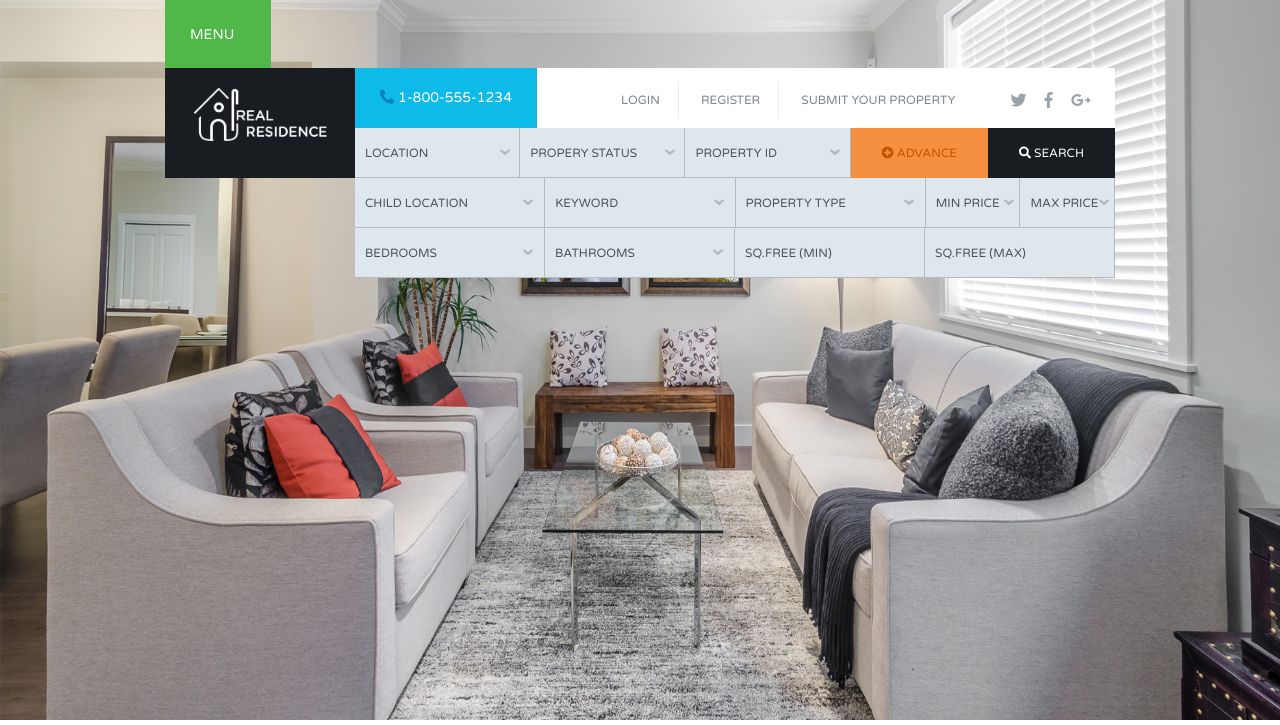
Repository: shuffleaz/psd-htmlcss
Page: index.html
An editor plug-in stored every save of this project. The page is shown before and after the next save, followed by the edit.
The browser window is 1280 px wide. The pictures show the whole page.

Above is the page before, as saved 2019-02-26 18:42:56.

### index.html
<!DOCTYPE html>
<html lang="en">
<head>
    <meta charset="UTF-8">
    <meta name="viewport" content="width=device-width, initial-scale=1.0">
    <meta http-equiv="X-UA-Compatible" content="ie=edge">
    <title>Real Residence</title>
    <link rel="stylesheet" href="assets/css/default.css">
</head>
<body>

<header class="homepage">
    <div class="container">
        <div class="row">
            <div class="homepage-menu">
                <div class="homepage-menu-menubutton">
                    <a href="">MENU</a>
                </div>
                <div class="homepage-menu-hover">
                    <ul class="homepage-menu-hover-list">
                        <li><a href="#">HOME</a></li>
                        <li><a href="#">LISTING</a></li>
                        <li><a href="#">PROPERTY</a></li>
                        <li><a href="#">NEWS</a></li>
                        <li><a href="#">GALLERY</a></li>
                        <li><a href="#">PAGES</a></li>
                        <li><a href="#">TYPES</a></li>
                        <li><a href="#">CONTACT US</a></li>
                        <li class="close-button">
                            <a href="#">
                                <i class="fas fa-times-circle"></i>
                            </a>
                        </li>
                    </ul>
                </div>
            </div>
            <div class="homepage-details">
                <div class="homepage-details-logo">
                    <div class="homepage-details-logo-area">
                        <img src="assets/img/logo.png" alt="Real Residence Logo">
                    </div>
                </div>
                <div class="homepage-details-searchbar">
                    <div class="homepage-details-searchbar-up">
                        <div class="homepage-details-searchbar-up-contact">
                            <div class="contact-area">
                                <i class="fa fa-phone""></i> 1-800-555-1234
                            </div>
                        </div>
                        <div class="homepage-details-searchbar-menu">
                            <ul class="searchbar-list">
                                <li><a href="">LOGIN</a></li>
                                <li><a href="">REGISTER</a></li>
                                <li><a href="">SUBMIT YOUR PROPERTY</a></li>
                            </ul>
                            <ul class="searchbar-social-links">
                                <li><a href=""><i class="fab fa-twitter"></i></a></li>
                                <li><a href=""><i class="fab fa-facebook-f"></i></a></li>
                                <li><a href=""><i class="fab fa-google-plus-g"></i></a></li>
                            </ul>
                        </div>
                    </div>
                    <div class="homepage-details-searchbar-down">
                        <div class="searchbar-down-select-form">
                            <select name="">
                                <option value="">Location</option>
                            </select>
                        </div>
                        <div class="searchbar-down-select-form">
                            <select name="">
                                <option value="">Propery Status</option>
                            </select>
                        </div>
                        <div class="searchbar-down-select-form">
                            <select name="">
                                <option value="">Property Id</option>
                            </select>
                        </div>
                        <div class="searchbar-down-button">
                            <div class="searchbar-down-button-first">
                                <a href="">
                                    <i class="fas fa-plus-circle"></i> ADVANCE
                                </a>
                            </div>
                            <div class="searchbar-down-button-second">
                                <a href="">
                                    <i class="fas fa-search"></i> SEARCH
                                </a>
                            </div>
                        </div>
                    </div>
                </div>
            </div>
            <div class="homepage-details-searchbar-footer">
                <div class="homepage-details-searchbar-flex-first"></div>
                <div class="homepage-details-searchbar-flex-second">
                    <div class="homepage-details-searchbar-footer-up">
                        <div class="searchbar-footer-select-form">
                            <select name="">
                                <option value="">Child Location</option>
                            </select>
                        </div>
                        <div class="searchbar-footer-select-form">
                            <select name="">
                                <option value="">Keyword</option>
                            </select>
                        </div>
                        <div class="searchbar-footer-select-form">
                            <select name="">
                                <option value="">Property Type</option>
                            </select>
                        </div>
                        <div class="searchbar-footer-select-form-divide">
                            <div class="searchbar-footer-select-form-divide-first">
                                <select name="">
                                    <option value="">Min Price</option>
                                </select>
                            </div>
                            <div class="searchbar-footer-select-form-divide-second">
                                <select name="">
                                    <option value="">Max Price</option>
                                </select>
                            </div>
                        </div>
                    </div>
                    <div class="homepage-details-searchbar-footer-down">
                        <div class="searchbar-footer-down-select-form">
                            <select name="">
                                <option value="">Bedrooms</option>
                            </select>
                        </div>
                        <div class="searchbar-footer-down-select-form">
                            <select name="">
                                <option value="">Bathrooms</option>
                            </select>
                        </div>
                        <div class="searchbar-footer-down-select-form no-arrow">
                            <input type="text" name="" placeholder="SQ.FREE (MIN)">
                        </div>
                        <div class="searchbar-footer-down-select-form no-arrow">
                            <input type="text" name="" placeholder="SQ.FREE (MAX)">
                        </div>
                    </div>
                </div>
            </div>
        </div>
    </div>
</header>


<div class="slider-image">
    <ul class="slider-image-items">
        <li>
            <img src="assets/img/slider_image.png" alt="">
        </li>
    </ul>
</div>


</body>
</html>

### assets/css/default.css
@import url('https://fonts.googleapis.com/css?family=Varela+Round');
@import url('https://use.fontawesome.com/releases/v5.7.1/css/all.css');
@import url('variable.css');
@import url('home.css');

### assets/css/variable.css
:root {
    --green:#50b848;
    --dark: #191c20;
    --blue: #0dbae8;
    --gray: #9aa2aa;
    --light: #e9edf1;
    --darkgray: #4a525d;
    --font: 'Varela Round', sans-serif;
}

body,html {
    margin:0;
    padding:0;
    line-height: 120%;
    font-size:16px;
    font-family: var(--font);
}

a {
    text-decoration: none;
}

ul {
    list-style: none;
    margin-top:0;
    margin-left:0;
    padding-top:0;
    padding-left:0;
    padding-bottom:0;
    margin-bottom:0;
}

input,button,textarea {
    outline:none;
}


.container {
    width:980px;
    margin-left:auto;
    margin-right:auto;
}

.row {
    padding-left:15px;
    padding-right:15px;
}

select {
    cursor: pointer;
}

.no-arrow {
    background-image: none !important;
}

### assets/css/home.css
.slider-image {
    width:100vw;
    height:100vh;
}

.slider-image ul li {
    display:inline-block;
}

.slider-image ul li img {
    width:100%;
    height:100vh;
}


/* Header - Saytın Başlığı */
header.homepage {
    position:absolute;
    left:0;
    right:0;
}


/* Header/Menu- Menyu Hissəsi */
.homepage-menu {
    display:flex;
    flex-direction: row;
    height:68px;
}

.homepage-menu .homepage-menu-menubutton {
    background-color:var(--green);
    flex:1;
}

.homepage-menu .homepage-menu-menubutton a{
    color:white;
    padding:25px;
    display: inline-block;
    font-size:14px;
}

.homepage-menu .homepage-menu-hover {
    background-color:var(--green);
    flex:8;
    opacity: 0;
}

.homepage-menu .homepage-menu-hover ul.homepage-menu-hover-list {
    padding:14px;
}

.homepage-menu .homepage-menu-hover ul.homepage-menu-hover-list li {
    display: inline-block;
    padding:11px 14px;
}

.homepage-menu .homepage-menu-hover ul.homepage-menu-hover-list li.close-button {
    float:right;
}

.homepage-menu .homepage-menu-hover ul.homepage-menu-hover-list li.close-button:hover {
    background-color:transparent;
    color:#20671b;
    opacity: 0.9;
}

.homepage-menu .homepage-menu-hover ul.homepage-menu-hover-list li.close-button a {
    font-size:18px;
}

.homepage-menu .homepage-menu-hover ul.homepage-menu-hover-list li:hover {
    background-color:#20671b;
}

.homepage-menu .homepage-menu-hover ul.homepage-menu-hover-list li:hover a {
    color:white;
}

.homepage-menu .homepage-menu-hover ul.homepage-menu-hover-list li:last-child {
    margin-right:0;
}

.homepage-menu .homepage-menu-hover ul.homepage-menu-hover-list li a {
    font-size:14px;
    color:#20671b;
}

/* Header Details - Başlıq Detayları */
.homepage-details {
    display:flex;
    flex-direction: row;
}

.homepage-details .homepage-details-logo {
    flex:2;
    background-color:var(--dark);
    height:110px;
}

.homepage-details .homepage-details-logo .homepage-details-logo-area {
    display: flex;
    justify-content: center;
    padding-top:20px;
}

.homepage-details .homepage-details-logo .homepage-details-logo-area img {
    width:70%;
    object-fit: contain;
}


.homepage-details .homepage-details-searchbar {
    flex:8;
}

.homepage-details .homepage-details-searchbar {
    display: flex;
    flex-direction: column;
}

.homepage-details-searchbar .homepage-details-searchbar-up {
    background:red;
    display: flex;
    flex-direction: row;
    height:60px;
}

.homepage-details-searchbar .homepage-details-searchbar-down {
    background:green;
}

.homepage-details-searchbar .homepage-details-searchbar-up .homepage-details-searchbar-up-contact {
    flex:2.4;
    background-color: var(--blue);
    display: flex;
    justify-content: center;
}

.homepage-details-searchbar-up-contact .contact-area {
    align-self: center;
    color:white;
    font-size:14px;
}

.homepage-details-searchbar-up-contact .contact-area i {
    transform: scaleX(-1);
    color:#0081bd;
}

.homepage-details-searchbar .homepage-details-searchbar-up .homepage-details-searchbar-menu {
    flex:7.6;
    background-color: white;
    display: flex;
    flex-direction: row;
    justify-content: flex-end;
}

.homepage-details-searchbar-menu ul.searchbar-list {
    padding:13px;
}

.homepage-details-searchbar-menu ul.searchbar-list li {
    display: inline-block;
    padding:9px 18px;
    border-right:1px solid var(--light);
}

.homepage-details-searchbar-menu ul.searchbar-list li a {
    font-size:12px;
    color:#7c848b;
    transition: all 0.3s ease-in;
}

.homepage-details-searchbar-menu ul.searchbar-list li:hover a {
    color:black;
}

.homepage-details-searchbar-menu ul.searchbar-list li:last-child {
    border-right:0;
}

.homepage-details-searchbar-menu ul.searchbar-social-links {
    padding:24px;
}

.homepage-details-searchbar-menu ul.searchbar-social-links li {
    display: inline-block;
    margin-right:14px;
}

.homepage-details-searchbar-menu ul.searchbar-social-links li:last-child {
    margin-right:0;
}

.homepage-details-searchbar-menu ul.searchbar-social-links li a {
    color:#9aa2aa;
    transition: all 0.3s ease-in;
}

.homepage-details-searchbar-menu ul.searchbar-social-links li:hover a {
    color:black;
}


.homepage-details-searchbar-down {
    height: 50px;
}

.homepage-details-searchbar-down, .searchbar-down-button {
    display:flex;
    flex-direction: row;
}
.searchbar-down-select-form, .searchbar-footer-select-form {
    background-color:#dfe7ee;
    background-image: url(../img/arrow.png);
    background-repeat: no-repeat;
    background-position-x:94%;
    background-position-y:21px;
    background-size:10px;
    border-bottom:1px solid #b9b9b9;
    border-right:1px solid #b9b9b9;
    padding-top:15px;
    padding-bottom:15px;
    flex:2;
}


.searchbar-down-select-form select, .searchbar-footer-select-form select {
    font-size:12px;
    text-align: left;
    color:#4a525d;
    font-family: var(--font);
    text-transform: uppercase;
    border:none;
    padding-left:10px;
    /* text-indent: 10px; */
    background-color:transparent;
    outline: none;
    -webkit-appearance: none;
    -moz-appearance:none;
}

.searchbar-down-button-first, .searchbar-down-button-second {
    padding:15px 31px;
}

.searchbar-down-button-first {
    background-color:#f4903f;
}

.searchbar-down-button-first:hover {
    opacity: 0.8;
}

.searchbar-down-button-first a {
    color:#c15302;
    font-size:12px;
}
.searchbar-down-button-second {
    background-color: var(--dark);
}
.searchbar-down-button-second:hover {
    opacity: 0.8;
}
.searchbar-down-button-second a{
    color:white;
    font-size:12px;
}

.homepage-details-searchbar-footer {
    display: flex;
    flex-direction: row;
}

.homepage-details-searchbar-flex-first {
    flex:2;
}

.homepage-details-searchbar-flex-second {
    flex:8;
}

.homepage-details-searchbar-footer-up {
    display:flex;
}

.homepage-details-searchbar-footer-down {
    display: flex;
}

.searchbar-footer-select-form-divide {
    display:flex;
    flex:2;
}

.searchbar-footer-select-form-divide-first, .searchbar-footer-select-form-divide-second, .searchbar-footer-down-select-form  {
    background-color:#dfe7ee;
    background-image: url(../img/arrow.png);
    background-repeat: no-repeat;
    background-position-x:94%;
    background-position-y:21px;
    background-size:10px;
    border-bottom:1px solid #b9b9b9;
    border-right:1px solid #b9b9b9;
    padding-top:15px;
    padding-bottom:15px;
    flex:1;
}

.searchbar-footer-select-form-divide-first select, .searchbar-footer-select-form-divide-second select, .searchbar-footer-down-select-form select {
    font-size:12px;
    text-align: left;
    color:#4a525d;
    font-family: var(--font);
    text-transform: uppercase;
    border:none;
    background-color:transparent;
    outline: none;
    padding-left:10px;
    -webkit-appearance: none;
    -moz-appearance:none;
}

.searchbar-footer-down-select-form-padding {
    padding-left:20px;
    padding-right:67px;
}

.searchbar-footer-down-select-form input {
    background-color:transparent;
    border:none;
    font-size:12px;
    text-align: left;
    color:#4a525d;
    padding-left:10px;
    font-family: var(--font);
    text-transform: uppercase;
}
.searchbar-footer-down-select-form input::-webkit-input-placeholder {
    color:#4a525d;
}

After the next save:
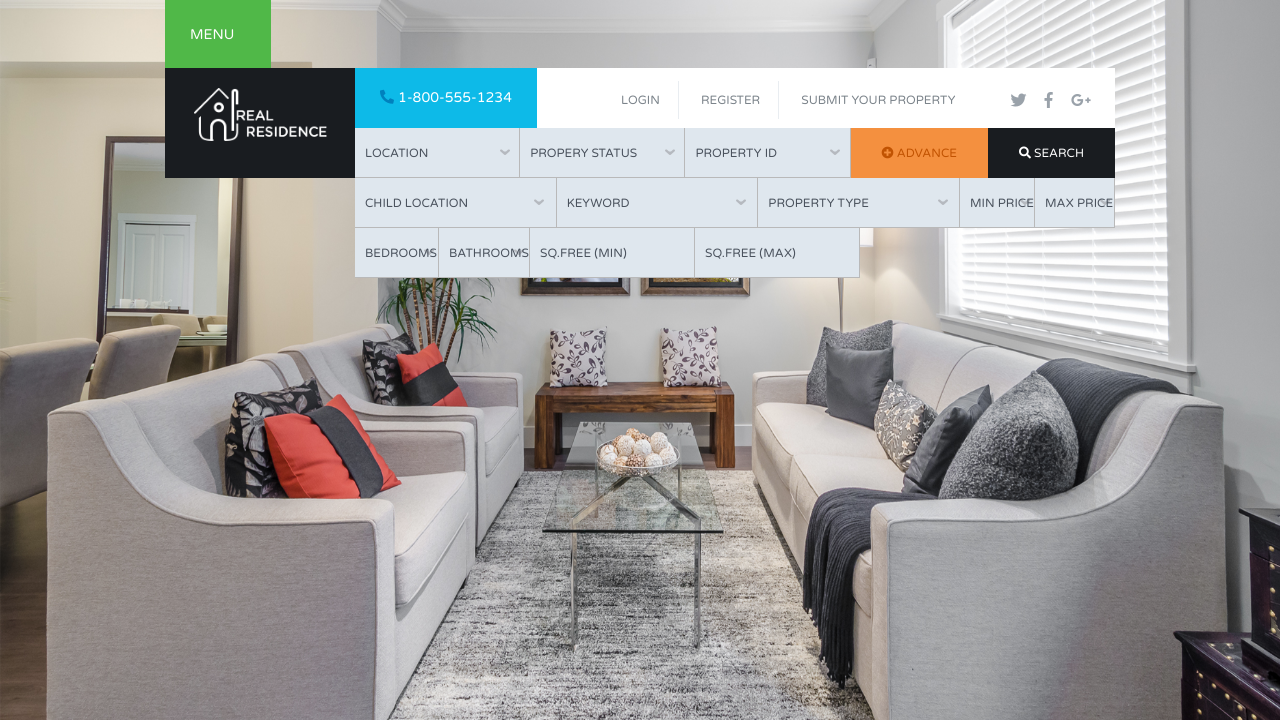
Saved 16 h 23 min later.
--- a/assets/css/home.css
+++ b/assets/css/home.css
@@ -291,7 +291,6 @@ header.homepage {
 
 .searchbar-footer-select-form-divide {
     display:flex;
-    flex:2;
 }
 
 .searchbar-footer-select-form-divide-first, .searchbar-footer-select-form-divide-second, .searchbar-footer-down-select-form  {
@@ -305,7 +304,6 @@ header.homepage {
     border-right:1px solid #b9b9b9;
     padding-top:15px;
     padding-bottom:15px;
-    flex:1;
 }
 
 .searchbar-footer-select-form-divide-first select, .searchbar-footer-select-form-divide-second select, .searchbar-footer-down-select-form select {
